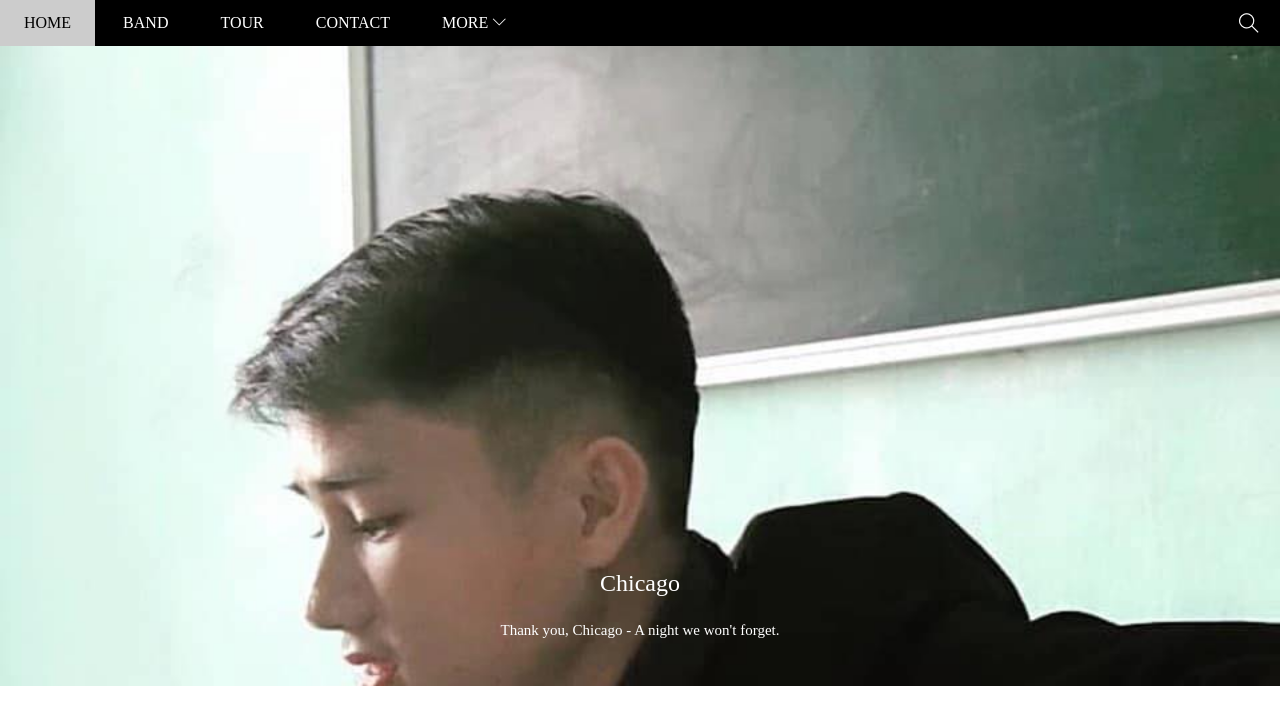
Repository: quochung2k3/Web-Team
Page: index.html
These files come from the project's save history. The page is drawn as it stood at one moment and after the next save; the edit follows.
The browser window is 1280 px wide. The pictures show the whole page.

Above is the page before, as saved 2023-08-04 10:59:40.

### index.html
<!DOCTYPE html>
<html lang="en">
<head>
    <meta charset="UTF-8">
    <meta name="viewport" content="width=device-width, initial-scale=1.0">
    <title>Web The Band</title>
    <link rel="stylesheet" href="./assets/css/style.css">
    <link rel="stylesheet" href="./assets/fonts/themify-icons/themify-icons.css">
</head>
<body>
    <div id="wrapper">
        <div id="header">
            <ul id="nav">
                <li><a href="">Home</a></li>
                <li><a href="">Band</a></li>
                <li><a href="">Tour</a></li>
                <li><a href="">Contact</a></li>
                <li>
                    <a href="">
                        More
                        <i class="nav-arrow-down ti-angle-down"></i>
                    </a>
                    <ul class="subnav">
                        <li><a href="">Merchandise</a></li>
                        <li><a href="">Extras</a></li>
                        <li><a href="">Media</a></li>
                    </ul>
                </li>
            </ul>
            <div class="search-button">
                <i class="search-icon ti-search"></i>
            </div>
        </div>

        <div id="slider">
            <div class="text-content">
                <h2 class="text-heading">Chicago</h2>
                <div class="text-description">Thank you, Chicago - A night we won't forget.</div>
            </div>
        </div>

        <div id="content">

        </div>

        <div id="footer">

        </div>
    </div>
</body>
</html>

### assets/css/style.css
* {
    margin: 0;
    padding: 0;
    box-sizing: border-box;
}

.html {
    font-family: Arial, Helvetica, sans-serif;
}

#wrapper {

}

#header {
    position: fixed;
    top: 0;
    left: 0;
    right: 0;
    background-color: #000;
    height: 46px;
    z-index: 1;
}

#nav {
    display: inline-block;
}

#nav .subnav {
    list-style-type: none;
}

#nav > li {
    display: inline-block;
}

#nav li {
    position: relative;
}

#nav > li > a {
    color: #fff;

    text-transform: uppercase;
}

#nav li a {
    text-decoration: none;
    line-height: 46px;
    padding: 0 24px;
    display: block;
}

#nav li:hover .subnav {
    display: block;
}

#nav > li:hover > a,
#nav .subnav li:hover a {
    background-color: #ccc;
    color: #000;
}

#nav .subnav {
    display: none;
    min-width: 160px;
    top: 100%;
    left: 0;
    position: absolute;
    background-color: #fff;
    box-shadow: 0 0 10px rgba(0, 0, 0, 0.3);
}

#nav .subnav a {
    color: #000;
    padding: 0 12px;
    line-height: 38px;
}

#nav .nav-arrow-down {
    font-size: 14px;
}

#header .search-button {
    float: right;
    padding: 0 21px;
}

#header .search-icon {
    color: #fff;
    font-size: 20px;
    line-height: 46px;
}

#header .search-button:hover {
    background-color: #f44336;
    cursor: pointer;
}

#slider {
    margin-top: 46px;
    padding-top: 50%;
    background-image: url(../img/slider2.jpg);
    background-repeat: no-repeat;
    background-size: cover;
    background-position: top center;
    position: relative;
}

#slider .text-content {
    position: absolute;
    bottom: 47px;
    color: #fff;
    width: 100%;
    text-align: center;
}

#slider .text-heading {
    font-weight: 500;
    font-size: 24px;
}

#slider .text-description {
    font-size: 15px;
    margin-top: 25px;
}

#content {

}

#footer {

}

Loaded but not shown: assets/fonts/themify-icons/themify-icons.css (common file)

After the next save:
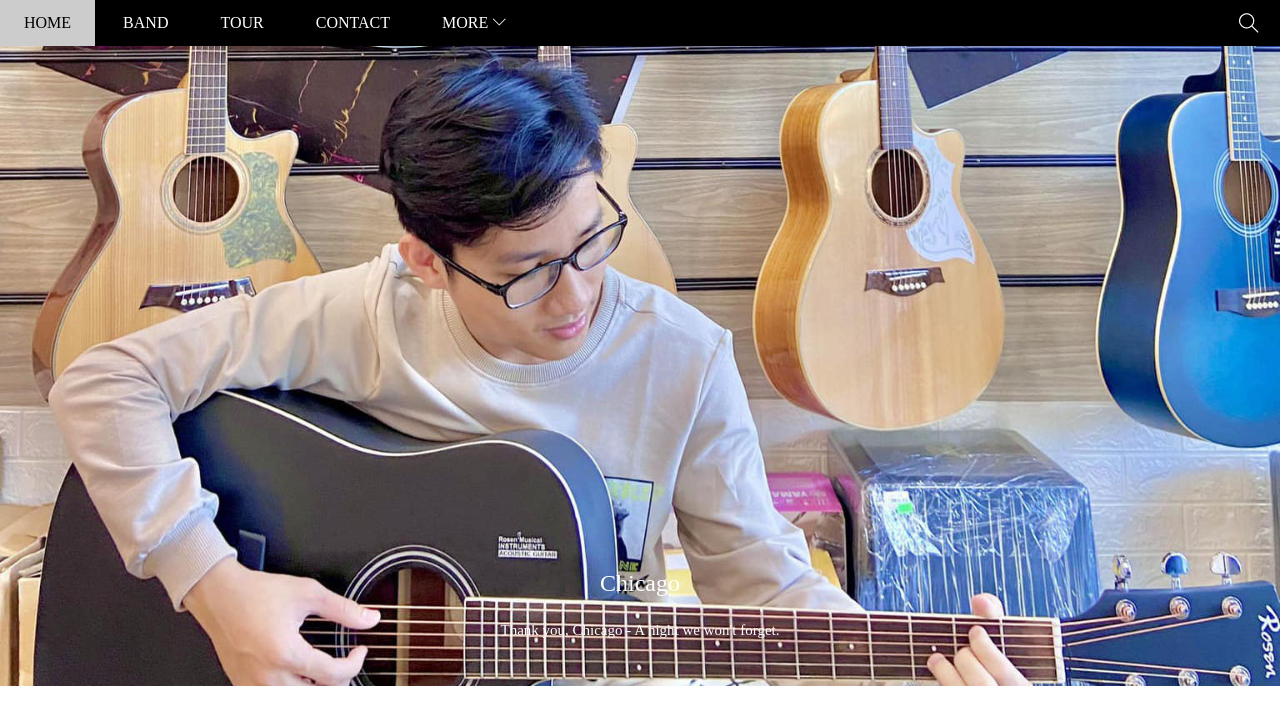
Saved 3 min 16 s later.
--- a/assets/css/style.css
+++ b/assets/css/style.css
@@ -100,7 +100,7 @@
 #slider {
     margin-top: 46px;
     padding-top: 50%;
-    background-image: url(../img/slider2.jpg);
+    background-image: url(../img/slider3.jpg);
     background-repeat: no-repeat;
     background-size: cover;
     background-position: top center;
